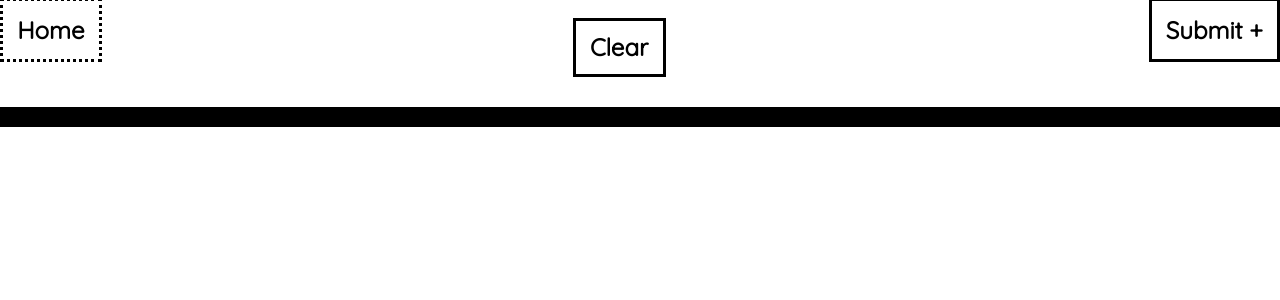
Repository: rickypcyt/WebMural
Page: /
The author's editor kept a copy of each file at every save. The page is drawn from the files as they stood at one save, then again after the next save.
The browser window is 1280 px wide. The pictures show the whole page.
The project was rebuilt for these pictures with package versions that can differ from the ones it lists, and the page was loaded fresh each time.

Above is the page before, as saved 2022-09-12 13:13:45.

### src/index.js
import React from "react";
import ReactDOM from "react-dom/client";
import "./index.css";
import WebMural from "./Pages/WebMural";
import reportWebVitals from "./reportWebVitals";
import { BrowserRouter, Routes, Route, Switch } from "react-router-dom";

const root = ReactDOM.createRoot(document.getElementById("root"));
root.render(
  <React.StrictMode>
    <BrowserRouter>
      <WebMural />
    </BrowserRouter>
  </React.StrictMode>
);

// If you want to start measuring performance in your app, pass a function
// to log results (for example: reportWebVitals(console.log))
// or send to an analytics endpoint. Learn more: https://bit.ly/CRA-vitals
reportWebVitals();

### src/index.css
@import url("https://fonts.googleapis.com/css2?family=Quicksand");

input[type="file"] {
  display: none;
}
.container {
  top: 0%;
  left: 0%;
}
::marker {
  display: none;
}
.image-container {
  width: 100%;
  margin: auto;
  display: flex;
  flex-direction: row;
  justify-content: space-evenly;
  gap: 15px;
  padding: 10px;
  background-color: black;

}

body {
  line-height: 1;
  font-family: "Quicksand";
  font-size: large;
  margin: 0%;
  margin-top: 0%;
  padding: 0%;
}
main{
  top: 10%;

}
ol {
  list-style: none;
  display: flex;
  padding: 0;
  justify-content: space-between;
  align-items: flex-start;
  display: flex;
  flex-wrap: wrap;
  align-content: center;
}
.content {
  position: absolute;
  right: calc(var(--pad) * 2);
  bottom: calc(var(--pad) * 2);
  white-space: nowrap;
}
.parrafo {
  line-height: 1.5;
  text-align: end;
  font-size: larger;
}
.parrafo span {
  display: block;
}
.titulo {
  margin: 0;
}
.oli {
  font-weight: bold;
  border-style: solid;
  font-size: x-large;
  padding: 1ch;
}
.descripcion {
  font-weight: lighter;
  font-style: oblique;
}
.oli:hover {
  color: black;
  border-style: dotted;
}
.page {
  padding-top: 2%;
  padding-bottom: 3%;
}
.pageContact {
  padding-top: 8%;
  padding-bottom: 9%;
}
.cabeceranavi {
  padding-bottom: 1%;
}
p {
  font-weight: bold;
}
a {
  color: black;
  text-decoration: none;
  padding: 0ch;
}
span {
  font-size: larger;
}
li {
  width: 7%;
  height: 10%;
}
ul {
  list-style-type: none;
  margin: 0%;
  display: flex;
  align-items: center;
  flex-direction: row;
  padding-top: 5%;
  padding-bottom: 5%;
  padding-left: 0%;
  justify-content: space-around;
}
.imagenes {
  display: block;
  height: auto;
  width: auto;
  padding-top: 5%;
  padding-bottom: 5%;
}

.imagenesproyect {
  position: relative;
}
.fixer {
  display: flex;
  flex-direction: row;
  justify-content: space-evenly;
  padding-bottom: 3%;
}
.overlay {
  position: absolute;
  top: 0.83cm;

  background: rgb(0, 0, 0);
  background: rgb(2, 0.3, 0.9, 0.6); /* Black see-through */
  color: #f1f1f1;
  width: 100%;
  transition: 0.5s ease;
  color: white;
  text-align: center;
  font-size: 20px;
  padding-top: 20px;
  padding-bottom: 20px;
  opacity: 0;
}
.imagenesproyect:hover .overlay {
  opacity: 1;
}
.overlay2 {
  position: absolute;
  bottom: 8%;
  background: rgb(0, 0, 0);
  background: rgba(40, 40, 40, 0.6); /* Black see-through */
  color: #f1f1f1;
  width: 100%;
  transition: 0.5s ease;
  color: white;
  text-align: center;
  font-size: 20px;
  padding-top: 20px;
  padding-bottom: 20px;
  opacity: 0;
}
.imagenesproyect:hover .overlay2 {
  opacity: 1;
}

.homeinfo {
  font-size: x-large;
}

@media screen and (max-width: 1340px) {
  .fixer {
    flex-direction: column;
    justify-content: center;
  }
  .imagenes {
    height: auto;
    width: 100%;
  }
  ol {
  }
}

.image-container {
  width: auto;
  margin: auto;
  /* display: flex; */
  flex-wrap: wrap;
  gap: 15px;
  padding: 10px;
}

.image-container img {
  max-width: 100%;
  max-height: 225px;
}

.container .image-container .image {
  border: 4px solid black;
  overflow: hidden;
  /* cursor: pointer; */
}

.container .image-container .image img {
  height: 100%;
  width: 100%;
}
@media (max-width: 700px) {
  .image-container img {
    max-height: -10px;
  }
}

.image:hover {
  transform: scale(1.15); /* (150% zoom - Note: if the zoom is too large, it will go outside of the viewport) */
}

.oli:hover {
  transform: scale(1.15); /* (150% zoom - Note: if the zoom is too large, it will go outside of the viewport) */
}

### src/Pages/WebMural.js
import React, { useState } from "react";
import { Link, useMatch, useResolvedPath } from "react-router-dom";

const UploadAndDisplayImage = () => {
  const [selectedFiles, setSelectedFiles] = useState([]);
  const handleImageChange = (e) => {
    setSelectedFiles([]);
    if (e.target.files) {
      const filesArray = Array.from(e.target.files).map((file) =>
        URL.createObjectURL(file)
      );
      setSelectedFiles((prevImages) => prevImages.concat(filesArray));
      Array.from(e.target.files).map((file) => URL.revokeObjectURL(file));
    }
  };

  const renderPhotos = (source) => {
    return source.map((photo) => {
      return (
        <div class="container">
          <figure class="image-container">
            <img className="image" src={photo} alt="" key={photo} />
          </figure>
        </div>
      );
    });
  };

  return (
    <main>
      <nav className="cabeceranavi">
        <ol>
          <CustomLink to="/" className="oli">
            Home
          </CustomLink>
          <div className="oli" onClick={() => handleImageChange(null)}>
            Clear
          </div>
          <label for="upload-button">
            <nav>
              <input
                type="file"
                id="upload-button"
                multiple="multiple"
                accept="image/*"
                onChange={handleImageChange}
              />
              <a class="oli"> Submit + </a>
            </nav>
          </label>
        </ol>
      </nav>
      {selectedFiles && (
        <div>
          <div class="image-container">{renderPhotos(selectedFiles)}</div>
        </div>
      )}
    </main>
  );
};

export default UploadAndDisplayImage;

function CustomLink({ to, children, ...props }) {
  const resolvedPath = useResolvedPath(to);
  const isActive = useMatch({ path: resolvedPath.pathname, end: true });
  return (
    <li className={isActive ? "active" : ""}>
      <Link to={to} {...props}>
        {children}
      </Link>
    </li>
  );
}

Loaded but not shown: public/index.html (common file); src/reportWebVitals.js (common file)

After the next save:
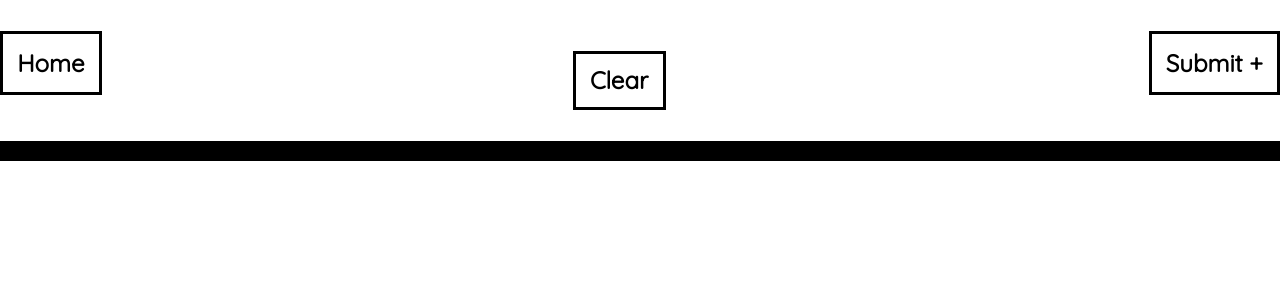
Saved 4 s later.
--- a/src/index.css
+++ b/src/index.css
@@ -27,7 +27,7 @@
   font-family: "Quicksand";
   font-size: large;
   margin: 0%;
-  margin-top: 0%;
+  margin-top: 4%;
   padding: 0%;
 }
 main{

After the save that followed:
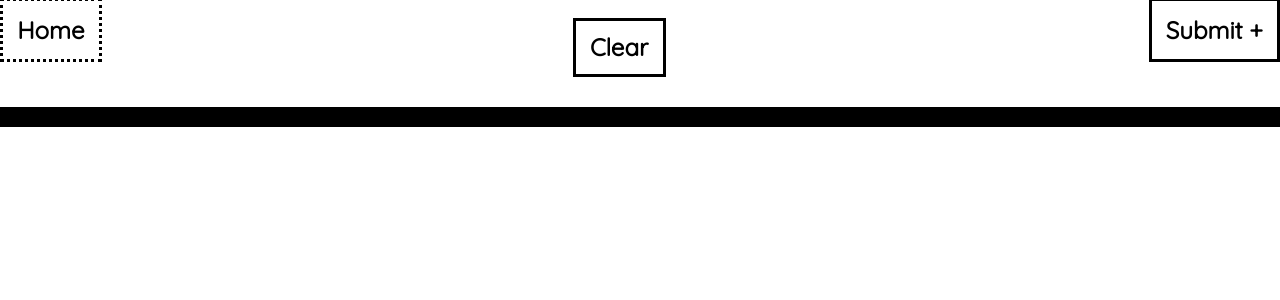
Saved 5 s later.
--- a/src/index.css
+++ b/src/index.css
@@ -27,7 +27,7 @@
   font-family: "Quicksand";
   font-size: large;
   margin: 0%;
-  margin-top: 4%;
+  margin-top: 1%;
   padding: 0%;
 }
 main{
